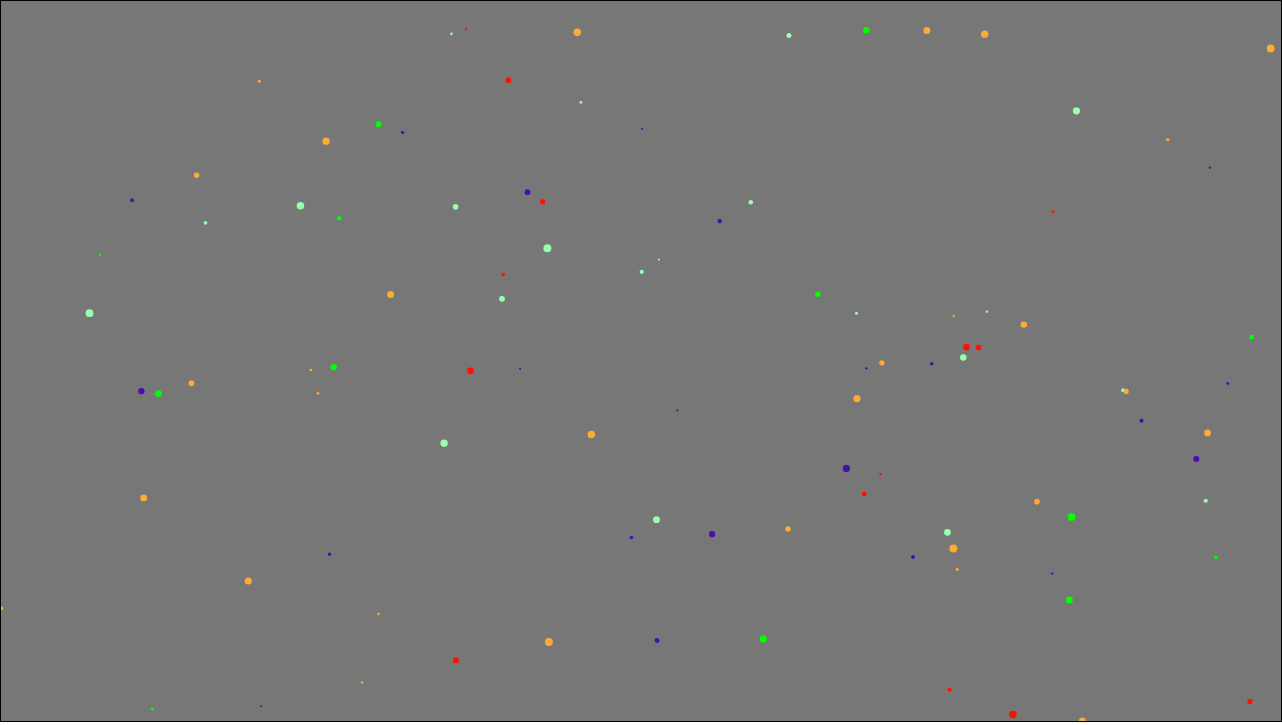
Repository: tenlekdan/particle-effect
Page: inidex.html
These files come from the project's save history. The page is drawn as it stood at one moment and after the next save; the edit follows.
The browser window is 1280 px wide. The page is 1282 px wide, so the pictures cover 1282 px, including what lies to the right of the window. The pictures show the whole page.

Above is the page before, as saved 2019-12-26 23:19:48.

### inidex.html
<!DOCTYPE html>
<html lang="en">

<head>
    <meta charset="UTF-8">
    <meta name="viewport" content="width=device-width, initial-scale=1.0">
    <meta http-equiv="X-UA-Compatible" content="ie=edge">
    <title>Document</title>
    <style type="text/css">
        *{
            margin: 0;
            padding: 0;
            box-sizing: inherit;
        }
        html{
            font-size: 60.2%;
        }

        body{
            font-size: 1rem;
            font-family: 'Courier New', Courier, monospace;
            box-sizing: border-box;
        }
        canvas {
            border: solid 1px;
            background-color: #777;
        }
    </style>
</head>

<body>
    <canvas></canvas>

    <script src="canvas.js"></script>

</body>

</html>

### canvas.js


(function () {
    var canvas = document.querySelector('canvas');

    canvas.width = window.innerWidth;
    canvas.height = window.innerHeight;

    var c = canvas.getContext('2d');
    // c.fillRect(x, y, width, height);
    // c.fillRect(100, 100, 50, 50);

    // // lines
    // c.beginPath();
    // c.moveTo(10, 170);
    // c.lineTo(100, 300);
    // c.stroke();

    let mouse = {
        x: undefined,
        y: undefined
    }

    window.addEventListener('mousemove', function (event) {
        mouse.x = event.x;
        mouse.y = event.y;
    })


    var maxRad = 50;
    var minRad = 3;
    var colorList = [
        "#ffaa33",
        "#99ffaa",
        "#00ff00",
        "#4411aa",
        "#ff1100"
    ];

    function Circle(x, y, dx, dy, radius) {
        this.x = x;
        this.y = y;
        this.dx = dx;
        this.dy = dy;
        this.radius = radius;
        this.minRad = radius;
        this.color = colorList[Math.floor(Math.random() * colorList.length)];
        this.draw = function () {
            //draw circle
            c.beginPath();
            c.arc(this.x, this.y, this.radius, 0, Math.PI * 2, false);
            // c.strokeStyle = 'blue';
            c.fillStyle = this.color;
            c.fill();
            // c.stroke();
        }

        this.update = function () {
            if (this.x + this.radius > innerWidth || this.x - this.radius <= 0) {
                this.dx = -this.dx;
            }
            if (this.y + this.radius > innerHeight || this.y - this.radius <= 0) {
                this.dy = -this.dy;
            }

            this.x += this.dx;
            this.y += this.dy;

            //interactivity
            if (mouse.x - this.x < 50 && mouse.x - this.x > -50 &&
                mouse.y - this.y < 50 && mouse.y - this.y > -50) {
                if (this.radius < maxRad)
                    this.radius += 1;
            }
            else if (this.radius > this.minRad) {
                this.radius -= 1;
            }


            this.draw();
        }
    }


    let circleList = [];

    for (let i = 0; i < 100; i++) {
        let radius = Math.random() * 3 + 1;
        let x = Math.random() * (innerWidth - radius * 2) + radius;
        let y = Math.random() * (innerHeight - radius * 2) + radius;
        let dx = (Math.random() - .5) * 8;
        let dy = (Math.random() - .5) * 8;

        circleList.push(new Circle(x, y, dx, dy, radius));
    }

    var circle = new Circle(300, 300, 5, 5, 30);

    var animate = () => {
        requestAnimationFrame(animate);
        c.clearRect(0, 0, innerWidth, innerHeight);
        for (let i = 0; i < circleList.length; i++) {
            circleList[i].update();
        }
    }

    animate();
})();

After the next save:
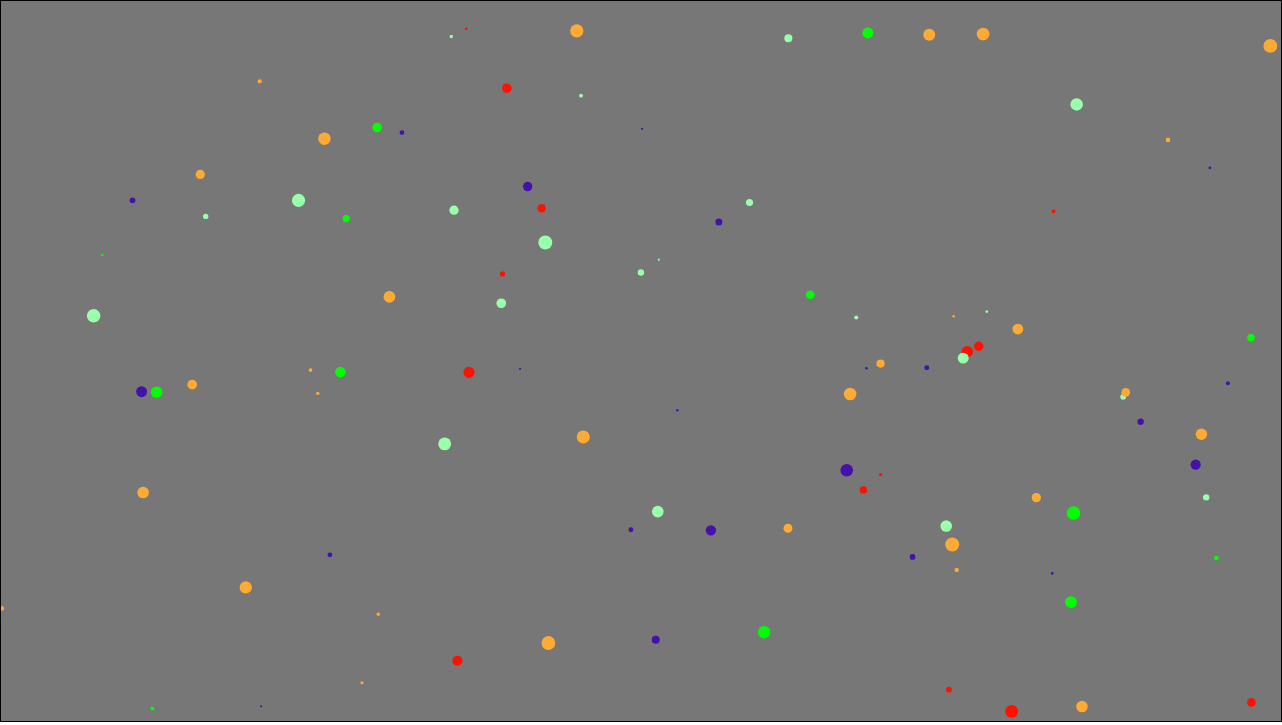
Saved 21 s later.
--- a/canvas.js
+++ b/canvas.js
@@ -85,7 +85,7 @@
     let circleList = [];
 
     for (let i = 0; i < 100; i++) {
-        let radius = Math.random() * 3 + 1;
+        let radius = Math.random() * 6 + 1;
         let x = Math.random() * (innerWidth - radius * 2) + radius;
         let y = Math.random() * (innerHeight - radius * 2) + radius;
         let dx = (Math.random() - .5) * 8;
